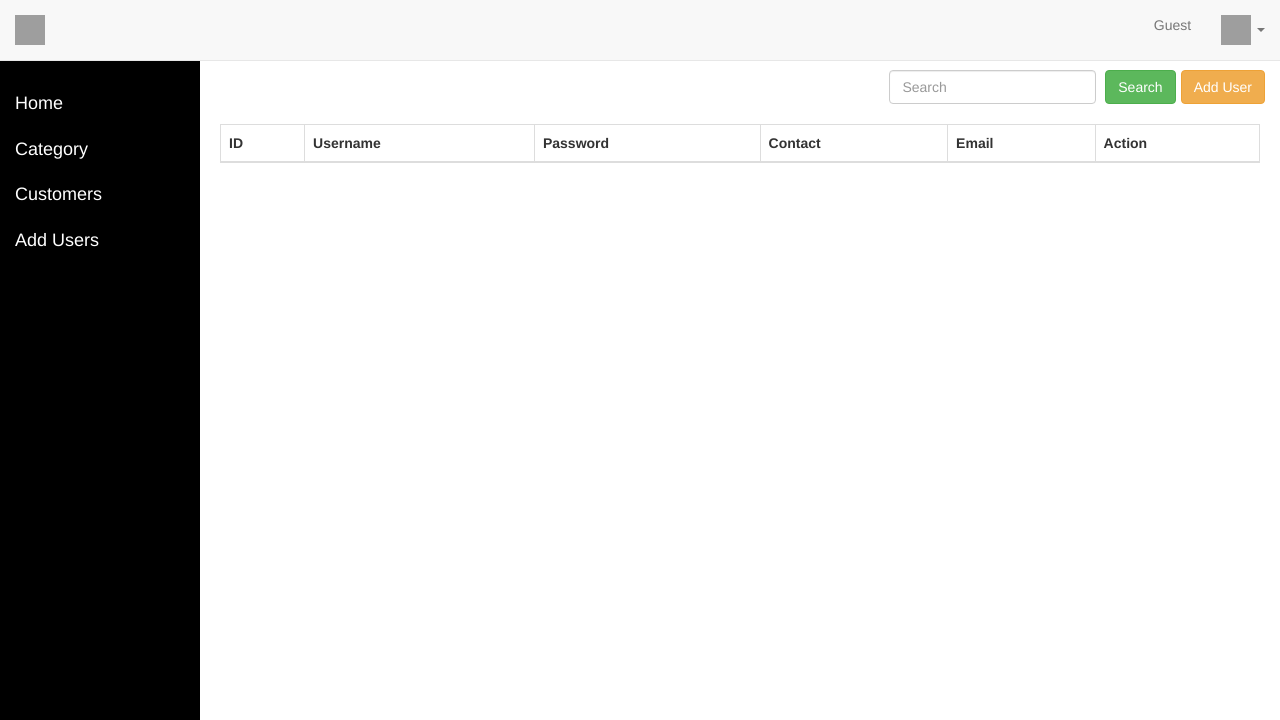
Repository: Nireshkumar24/CRM
Page: http://localhost/createuser
These files come from the project's save history. The page is drawn as it stood at one moment and after the next save; the edit follows.
The browser window is 1280 px wide. The pictures show the whole page.
Pictures or frames that could not be fetched are drawn as grey boxes. The page is served by the project's application, run on Flask 3 (app.py). Queries for data that is not in the repository find no rows.

Above is the page before, as saved 2024-05-15 13:27:11.

After the next save:
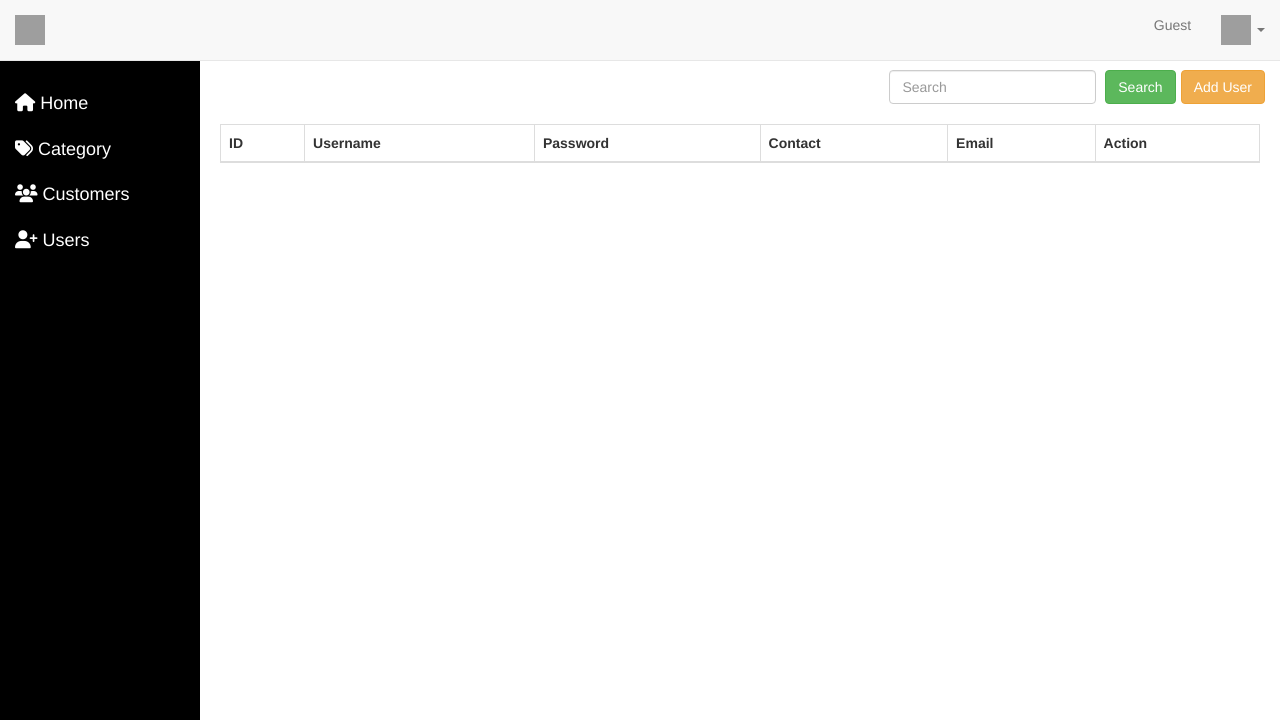
Saved 10 s later.
--- a/templates/admincreate2.html
+++ b/templates/admincreate2.html
@@ -210,11 +210,10 @@
     </div>
 
     <div class="side-nav">
-        <a href="/index">Home</a>
-        <a href="/addcategory">Category</a>
-        <a href="/adduser">Customers</a>
-        <a href="/createuser">Add Users</a>
-
+        <a href="/index"><i class="fa fa-home"></i> Home</a>
+        <a href="/addcategory"><i class="fa fa-tags"></i> Category</a>
+        <a href="/adduser"><i class="fa fa-users"></i> Customers</a>
+        <a href="/createuser"><i class="fa fa-user-plus"></i> Users</a>
     </div>
     <div class="content">
         <table class="table table-striped table-bordered hover">
